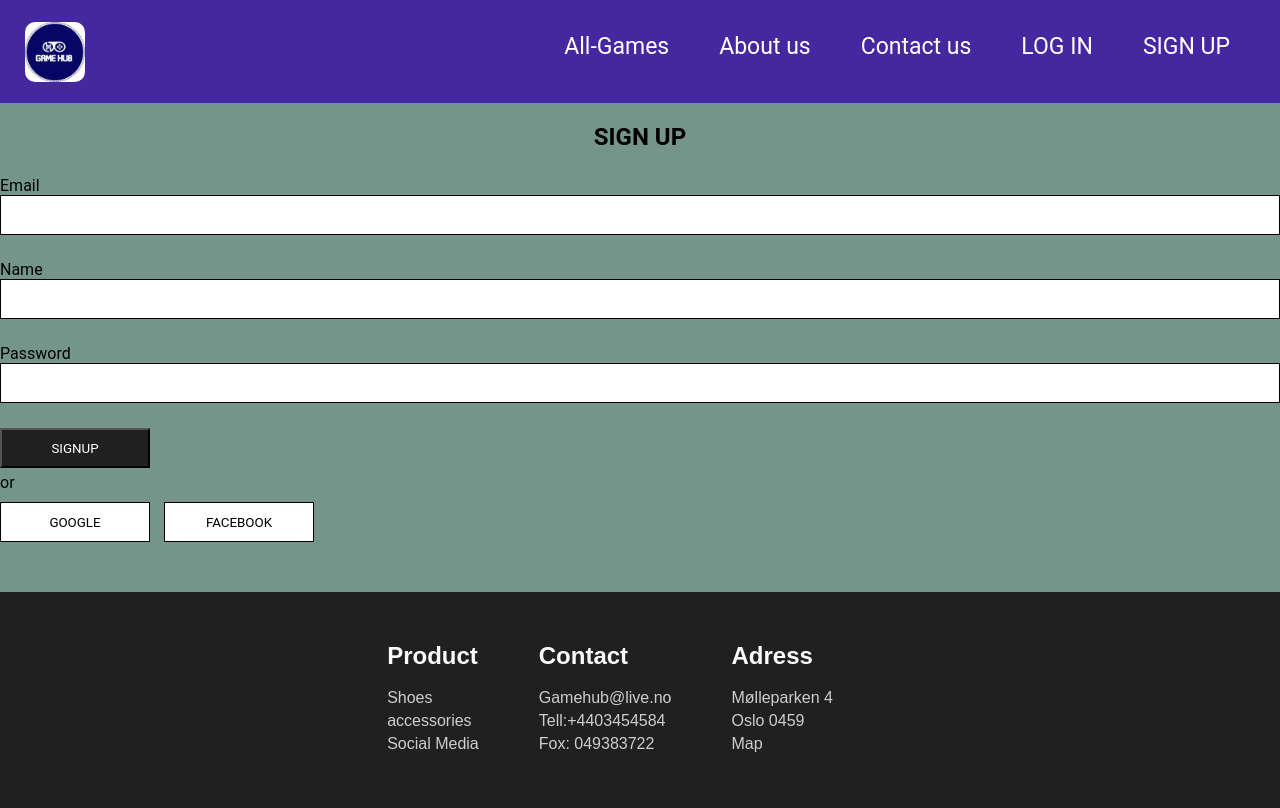
Repository: Fariaddd/HTML-CSS-reset
Page: sign.html
The author's editor kept a copy of each file at every save. The page is drawn from the files as they stood at one save, then again after the next save.
The browser window is 1280 px wide. The pictures show the whole page.
Some web fonts or font styles are not loaded; a fallback is used.

Above is the page before, as saved 2022-04-30 17:25:44.

### sign.html
<!DOCTYPE html>
<html lang="en">
<head>
    <meta charset="UTF-8">
    <meta http-equiv="X-UA-Compatible" content="IE=edge">
    <meta name="viewport" content="width=device-width, initial-scale=1.0">
    <title>SIGNUP</title>
   <link rel="stylesheet" href="style/index.css">
   <link rel="stylesheet" href="style/signup.css">
    <script defer src="script/login.js"></script>
</head>
<body>
    <header class="header">
        <div class="logo">
          <a href="./index.html">
            <img src="./img/Gamehub.png" alt="Gamehub-logo"
          /></a>
        </div>
        <div class="navigation">
            <input type="chechbox"
            class="toggle-menu">
            <div class="hamburger"></div>
          <ul class="menu">
            <li><a href="./all-games.html">All-Games</a></li>
            <li><a href="./about.html">About us</a></li>
            <li><a href="./concats.html">Contact us</a></li>
          </ul>
          <ul class="menu ">
              <li>
                <a href="./login.html" >LOG IN</a>
              </li>
              <li>
                <a href="./sign.html" >SIGN UP</a>
              </li>
        </div>
      </header>
      <main>
        <section>
        <div class="text-container">
          <h1>SIGN UP</h1>
        </div>
        <form id="form" action="/sign.html" method="GET">
          <div class="container-input">
            <label for="name">Email</label>
            <input class="input-box" type="email" id="email" required>
          </div>
          <div class="container-input">
            <label for="name">Name</label>
            <input class="input-box" id="name" type="name" required>
          </div>
          <div class="container-input">
            <label for="name">Password</label>
            <input class="input-box" id="password" type="password" required>
          </div>
          <button id="logginn-btn" type="logginn">SIGNUP</button>
        </form>
        <div id="error"></div>
        <div>
          <p>or</p>
        </div>
        <div class="or-container"></div>
        <button class="or-box">GOOGLE</button>
        <button class="or-box">FACEBOOK</button>
       </section>
      </main>
      <footer>
        <div class="footer-container">
          <nav class="footer-navv">
            <ul>
              <h3>Product</h3>
              <br/>
              <li>Shoes</li>
              <li>accessories</li>
              <li>Social Media</li>
            </ul>
          </nav>
          <nav class="footer-navv">
            <ul>
              <h3>Contact</h3>
              <br>
              <li>Gamehub@live.no</li>
              <li>Tell:+4403454584</li>
              <li>Fox: 049383722</li>
            </ul>
          </nav>
          <nav class="footer-navv">
            <ul>
              <h3>Adress</h3>
              <br>
              <li>Mølleparken 4</li>
              <li>Oslo 0459 </li>
              <li>Map</li>
            </ul>
          </nav>
        </div>
    </footer>
</body>
</html>

### style/index.css
/*@import url("https://fonts.googleepis.com/css?family=roboto:300,400,500,600,700,800,900&display=swap");*/

* {
  font-family: "Roboto";
  margin: 0;
  padding: 0;
  box-sizing: border-box;
}

body {
  background-color: rgb(117, 148, 138);
}
.header {
  position: relative;
  width: 100%;
  display: flex;
  justify-content: space-between;
  align-items: center;
  background: #4527a0;
  padding: 0 25px;
  transition: 0.3s;
}

.logo a {
  display: block;
}

.logo a img {
  display: block;
  width: 60px;
  border-radius: 10px;
}

.navigation {
  display: flex;
  justify-content: space-between;
  align-items: center;
}
.menu {
  display: flex;
  justify-content: center;
  flex-direction: row;
  align-items: center;
  z-index: 1;
  transition: 0.5s;
}

.menu li {
  list-style-type: none;
}

.menu li a {
  color: #fff;
  text-decoration: none;
  display: block;
  padding: 30px 15px;
  font-size: 23px;
  line-height: 1;
  transition: 0.3s;
  padding: 35px 25px 45px 25px;
}

.menu li a:hover {
  box-shadow: 0 -5px 0 #fff inset, 500px 0 0 rgba(255, 255, 255, 0.03) inset;
}

.links {
  background-color: black;
  font-weight: bold;
  text-decoration: none;
  list-style-type: none;
}

.hamburger {
  position: relative;
  width: 30px;
  height: 4px;
  background: #fff;
  border-radius: 10px;
  cursor: pointer;
  z-index: 2;
  transition: 0.3s;
}

.hamburger:before,
.hamburger:after {
  content: "";
  position: absolute;
  height: 4px;
  right: 0;
  background: #fff;
  border-radius: 10px;
  transition: 0.3s;
}

.hamburger:before {
  top: -10px;
  width: 20px;
}
.hamburger:after {
  top: 10px;
  width: 20px;
}

.toggle-menu {
  position: absolute;
  width: 30px;
  height: 100%;
  z-index: 3;
  cursor: pointer;
  opacity: 0;
}

.hamburger,
.toggle-menu {
  display: none;
}

.navigation input:checked ~ .hamburger {
  background: transparent;
}

.navigation input:checked ~ .hamburger:before {
  top: 0;
  transform: rotate(-45deg);
  width: 30px;
}
.navigation input:checked ~ .hamburger:after {
  top: 0;
  transform: rotate(45deg);
  width: 30px;
}

.navigation input:checked ~ .menu {
  right: 0;
  box-shadow: -20px 0 40px rgba(0, 0, 0, 0.3);
}

/* main section */

.container {
  display: flex;
  justify-content: center;

  margin: 50px 100px;
}

.div-container {
  margin: 5px;
  width: 100%;
}

.img {
  width: 100%;
  height: 250px;
  object-fit: cover;
}

.text {
  margin-left: 10px;
}

button {
  margin-top: 10px;
  width: 150px;
  height: 40px;
}

h1 {
  text-align: center;
  text-decoration: none;
}
h2 {
  margin: 0;
}
p {
  margin: 0;
}
@media screen and (max-width: 768px) {
  .container {
    flex-direction: column;
    margin: 0px;
    text-align: center;
  }
}

/*footer*/

.footer-container {
  height: auto;
  background-color: rgb(32, 32, 32);
  display: flex;
  justify-content: center;
}

.footer-navv {
  margin: 50px 60px 50px 0px;
}
h3 {
  font-family: "League Spartan", sans-serif;
  font-size: 24px;
  color: rgb(250, 250, 250);
}

.footer-navv li {
  color: rgb(206, 206, 206);
  text-decoration: none;
  list-style: none;
  font-family: "League Spartan", sans-serif;
  font-size: 16px;
  margin-bottom: 5px;
}

@media screen and (max-width: 768px) {
  .footer-nav:nth-child(1) {
    display: none;
  }
}
@media screen and (max-width: 460px) {
  .footer-container {
    flex-direction: column;
    align-items: center;
  }
}

@media screen and (max-width: 768px) {
  .hamburger,
  .toggle-menu {
    display: block;
  }

  .header {
    padding: 10px 20px;
  }
  .menu {
    justify-content: start;
    flex-direction: column;
    align-items: center;
    position: fixed;
    top: 0;
    right: -300px;
    background: #4527a0;
    width: 300px;
    height: 100%;
    padding-top: 65px;
  }
  .menu li {
    width: 100%;
  }
  .menu li a,
  .menu li a:hover {
    padding: 30px;
    font-size: 24px;
    box-shadow: 0 1px 0 rgba(255, 255, 255, 0.1);
  }
}

/*Buy-game page*/
.img {
  background-image: url(/img/game.png);
}

### style/signup.css
@import url("https://fonts.googleapis.com/css2?family=Hubballi&display=swap");

.section-container {
  width: 100%;
  display: flex;
  justify-content: center;
  font-family: "Hubballi", cursive;
}

.text-container {
  margin-top: 20px;
}

.container-input {
  display: flex;
  flex-direction: column;
  margin-top: 25px;
}
.input-box {
  width: 100%;
  border: 1px solid black;
  height: 40px;
}

#logginn-btn {
  background-color: rgb(32, 32, 32);
  color: white;
  margin-top: 25px;
  width: 150px;
  height: 40px;
}

#logginn-btn:hover {
  background-color: rgb(233, 132, 0);
}
p {
  margin-top: 5px;
}

.or-container {
  display: flex;
  flex-direction: row;
}

.or-box {
  background-color: white;
  margin: 10px 10px 50px 0px;
  border: 1px solid black;
  width: 150px;
  height: 40px;
}

### script/login.js
const email = document.getElementById("email")
const password = document.getElementById("password")
const form = document.getElementById("form")
const errorElement = document.getElementById("error")


form.addEventListener("logginn", (e) => {
    let messages = []
    if (email.value === "" || email.value == null) {
        console.log("Email is required");
    }

    if (password.value.length > 0) {
        console.log("Password is required");
    }
})

After the next save:
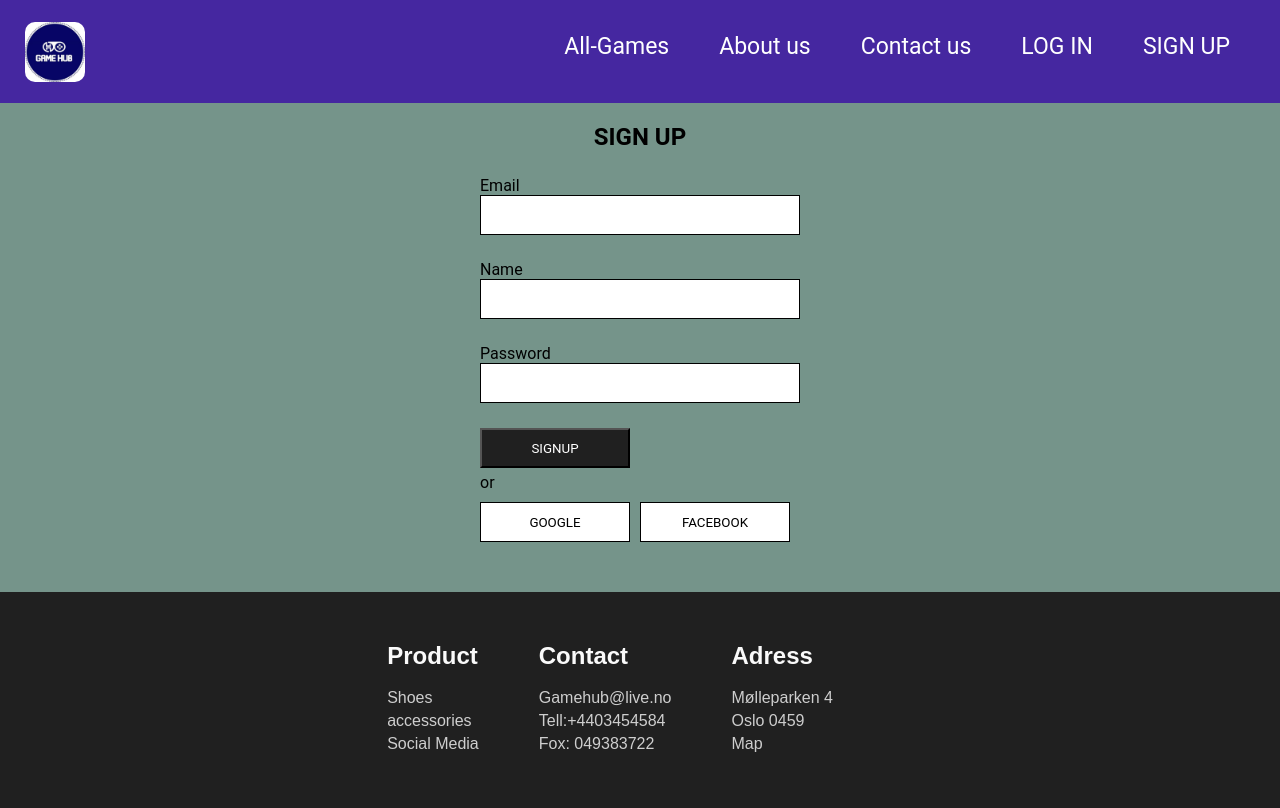
Saved 114 s later.
--- a/sign.html
+++ b/sign.html
@@ -35,34 +35,47 @@
         </div>
       </header>
       <main>
-        <section>
-        <div class="text-container">
-          <h1>SIGN UP</h1>
-        </div>
-        <form id="form" action="/sign.html" method="GET">
-          <div class="container-input">
-            <label for="name">Email</label>
-            <input class="input-box" type="email" id="email" required>
-          </div>
-          <div class="container-input">
-            <label for="name">Name</label>
-            <input class="input-box" id="name" type="name" required>
-          </div>
-          <div class="container-input">
-            <label for="name">Password</label>
-            <input class="input-box" id="password" type="password" required>
-          </div>
-          <button id="logginn-btn" type="logginn">SIGNUP</button>
-        </form>
-        <div id="error"></div>
-        <div>
-          <p>or</p>
-        </div>
-        <div class="or-container"></div>
-        <button class="or-box">GOOGLE</button>
-        <button class="or-box">FACEBOOK</button>
-       </section>
-      </main>
+        <section class="section-container">
+            <div>
+
+                <div class="text-container">
+                    <h1>SIGN UP</h1>
+                </div>
+
+                <form id="form" action="/signup.html" method="GET">
+
+                    <div class="container-input">
+                        <label for="name">Email</label>
+                        <input class="input-box" id="email" type="email" required >
+                    </div>
+
+                    <div class="container-input">
+                        <label for="name">Name</label>
+                        <input class="input-box" id="name" type="name" required >
+                    </div>
+
+                    <div class="container-input">
+                        <label for="name">Password</label>
+                        <input class="input-box" id="password" type="password" required >
+                    </div>
+
+                    <button id="logginn-btn" type="logginn" >SIGNUP</button>
+
+                </form>
+                <div id="error"></div>
+
+                <div>
+                    <p>or</p>
+                </div>
+
+                <div class="or-container">
+                    <button class="or-box">GOOGLE</button>
+                    <button class="or-box">FACEBOOK</button>
+                </div>
+
+            </div>
+        </section>
+    </main>
       <footer>
         <div class="footer-container">
           <nav class="footer-navv">
